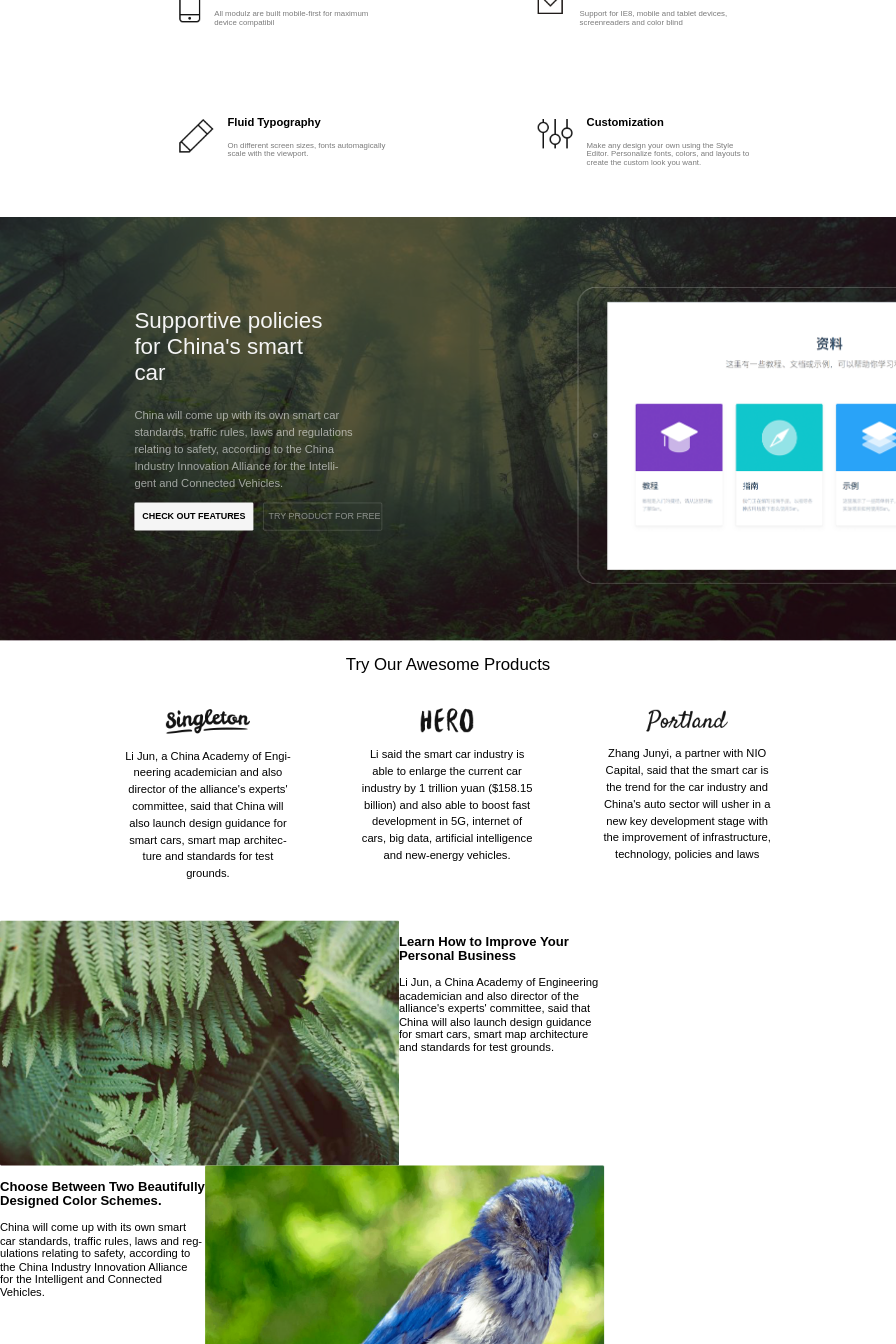
Repository: sogeisetsu/suy-ife
Page: 009-011/index.html
An editor plug-in stored every save of this project. The page is shown before and after the next save, followed by the edit.
The browser window is 1280 px wide. The pictures show the part of the page from y = 900 to 2820 px (the page is 2820 px tall), at 70% of full size.

Above is the page before, as saved 2019-10-12 11:00:56.

After the next save:
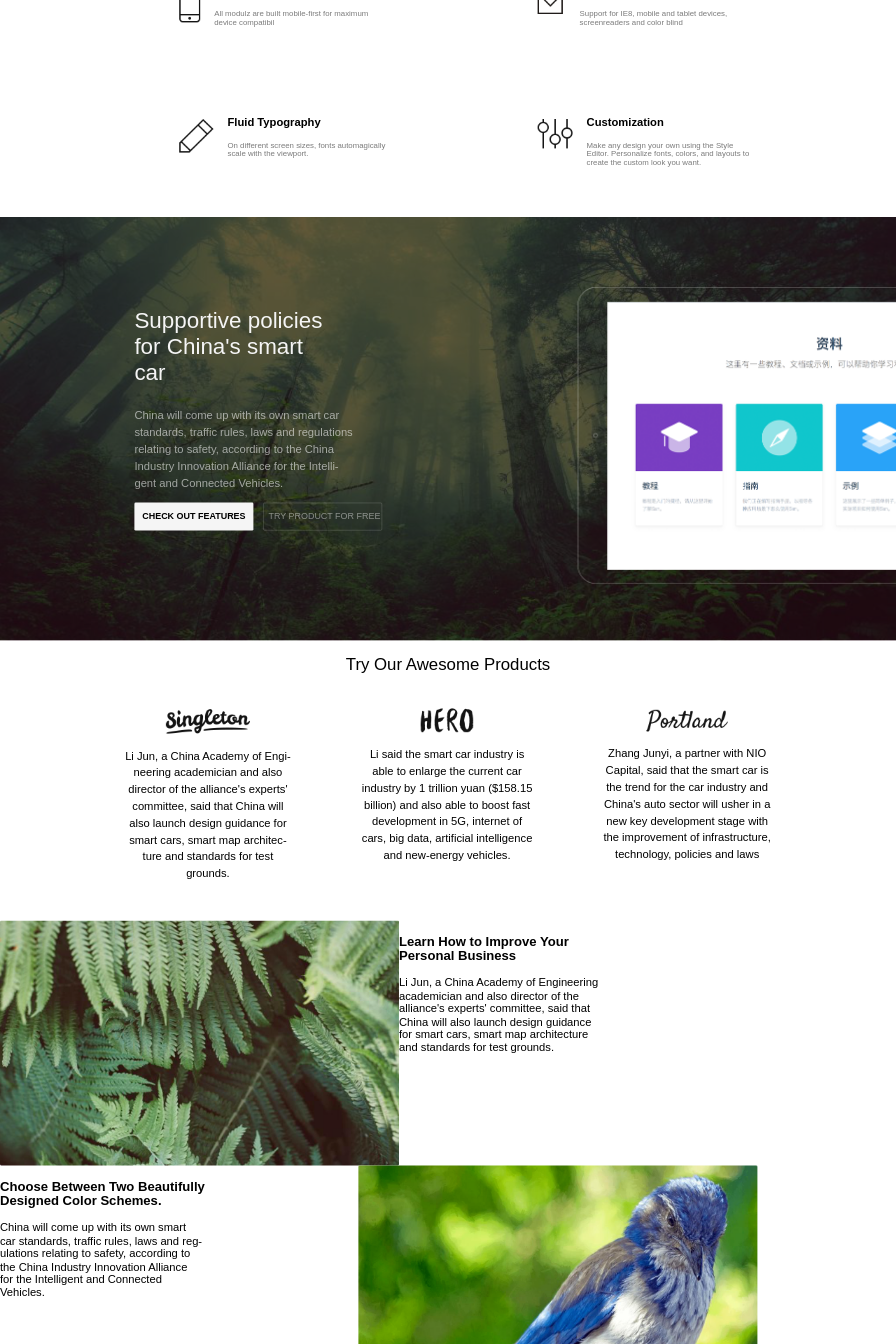
Saved 37 s later.
--- a/009-011/index.css
+++ b/009-011/index.css
@@ -223,5 +223,6 @@ input{
     width: 100%;
 }
 .tree .tree-text,.bird .bird-text{
-    box
-}
+    box-sizing: border-box;
+    width: 40%;
+}
